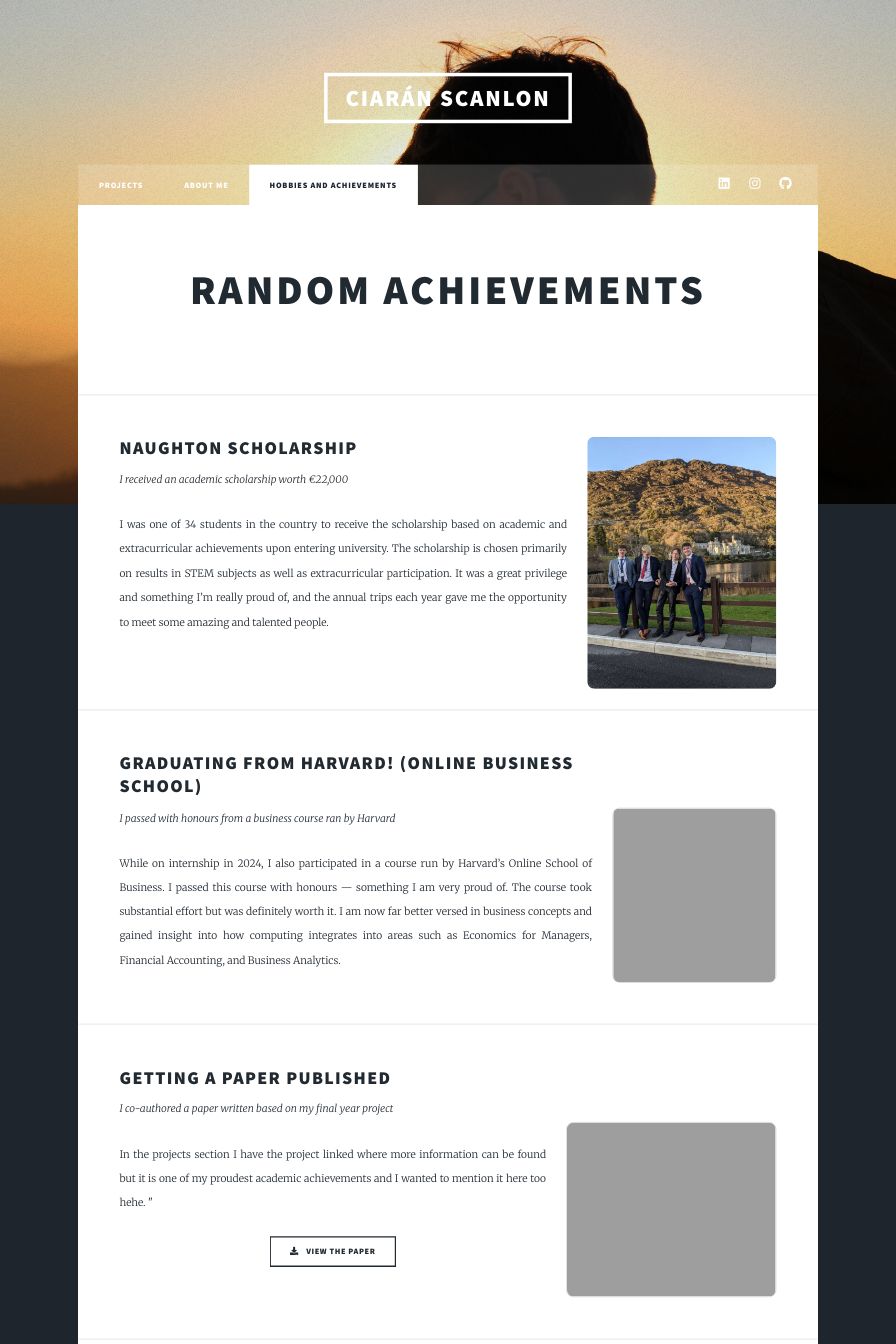
Repository: ciaranscan6/PersonalWebsite
Page: hobbies-and-ach.html
An editor plug-in stored every save of this project. The page is shown before and after the next save, followed by the edit.
The browser window is 1280 px wide. The pictures show the part of the page from y = 0 to 1920 px (the page is 4135 px tall before and 4264 px after), at 70% of full size.
Pictures or frames that could not be fetched are drawn as grey boxes.

Above is the page before, as saved 2025-11-22 05:16:14.

### hobbies-and-ach.html
<!DOCTYPE HTML>
<!--
	Massively by HTML5 UP
	html5up.net | @ajlkn
	Free for personal and commercial use under the CCA 3.0 license (html5up.net/license)
-->
<html>
	<head>
		<title>Elements Reference - Massively by HTML5 UP</title>
		<meta charset="utf-8" />
		<meta name="viewport" content="width=device-width, initial-scale=1, user-scalable=no" />
		<link rel="stylesheet" href="assets/css/main.css" />
		<noscript><link rel="stylesheet" href="assets/css/noscript.css" /></noscript>
	</head>
	<body class="is-preload">

		<!-- Wrapper -->
			<div id="wrapper">

				<!-- Header -->
					<header id="header">
						<a href="index.html" class="logo">Ciarán Scanlon</a>
					</header>

				<!-- Nav -->
					<nav id="nav">
						<ul class="links">
							<li><a href="index.html">Projects</a></li>
							<li><a href="about-me.html">About Me</a></li>
							<li class="active"><a href="hobbies-and-ach.html">Hobbies and Achievements</a></li>
						</ul>
						<ul class="icons">
							<li><a href="#" class="icon brands fa-linkedin"><span class="label">LinkedIn</span></a></li>
							<li><a href="#" class="icon brands fa-instagram"><span class="label">Instagram</span></a></li>
							<li><a href="#" class="icon brands fa-github"><span class="label">GitHub</span></a></li>
						</ul>
					</nav>

				<!-- Main -->
					<div id="main">

						<!-- Post -->
							<section class="post featured">
								<header class="major">
									<h1>Random Achievements</h1>
								</header>
							</section>

								<div class="split-section">
									<div class="text">
										<header>
											<h2>Naughton Scholarship</h2>
											<p>I received an academic scholarship worth €22,000</p>
										</header>
										<p>
											I was one of 34 students in the country to receive the scholarship based on academic
											and extracurricular achievements upon entering university. The scholarship is chosen
											primarily on results in STEM subjects as well as extracurricular participation. It was
											a great privilege and something I’m really proud of, and the annual trips each year
											gave me the opportunity to meet some amazing and talented people.
										</p>
									</div>

									<img src="images/Naughton.jpg" alt="Naughton Scholarship Photo">
								</div>

								<div class="split-section">
									<div class="text">
										<header>
											<h2>Graduating from Harvard! (Online Business School)</h2>
											<p>I passed with honours from a business course ran by Harvard</p>
										</header>
										<p>
											While on internship in 2024, I also participated in a course run by Harvard’s Online
											School of Business. I passed this course with honours — something I am very proud of.
											The course took substantial effort but was definitely worth it. I am now far better
											versed in business concepts and gained insight into how computing integrates into areas
											such as Economics for Managers, Financial Accounting, and Business Analytics.
										</p>
									</div>

									<div class="pdf-preview">
										<iframe src="files/Harvard_Certificate.pdf#toolbar=0&navpanes=0&scrollbar=0"></iframe>
									</div>
								</div>

								<div class="split-section">
									<div class="text">
										<header>
											<h2>Getting a paper published</h2>
											<p>I co-authored a paper written based on my final year project</p>
										</header>
										<p>
											In the projects section I have the project linked where more information can be found but it is one of my proudest academic achievements and I wanted to mention it here too hehe. "
										</p>

										<ul class="actions special">
											<li>
												<a href="files\Academic_Paper.pdf" target="_blank" class="button icon solid fa-download">
													View the Paper
												</a>
											</li>
										</ul>
									</div>

									<div class="pdf-preview">
										<iframe src="files/Academic_Paper.pdf#toolbar=0&navpanes=0&scrollbar=0"></iframe>
									</div>


								</div>

							<h2 class="centered">Active Hobbies</h2>
							<section class="posts">
									<article>
										<header>
											<h2><a href="#">Gaelic Football</a></h2>
										</header>

										<a href="#" class="image fit">
											<img id="hobby-rotator-gaelic" src="images/hobbies/gaelic1.png" alt="Gaelic football" />
										</a>

										<p>
											Gaelic football keeps me fit, sharp, and focused on teamwork. It teaches discipline and resilience I apply to real-world problem solving.
										</p>
									</article>


									<article>
										<header>
											<h2><a href="#">Hiking</a></h2>
										</header>

										<a href="#" class="image fit">
											<img id="hobby-rotator-hiking" src="images/hobbies/hiking1.jpg" alt="Hiking" />
										</a>

										<p>
											I love exploring nature and finding new trails. Hiking helps me reset mentally and return to challenges with a fresh perspective.
										</p>
									</article>



									<article>
										<header>
											<h2><a href="#">Surfing</a></h2>
										</header>

										<a href="#" class="image fit">
											<img id="hobby-rotator-surfing" src="images/hobbies/surf1.jpg" alt="Surfing" />
										</a>

										<p>
											Surfing challenges my balance, focus, and patience. It’s constant improvement — a lot like software development.
										</p>
									</article>



									<article>
										<header>
											<h2><a href="#">Snowboarding</a></h2>
										</header>

										<a href="#" class="image fit">
											<img id="hobby-rotator-snow" src="images/hobbies/snow1.jpg" alt="Snowboarding" />
										</a>

										<p>
											Snowboarding is fast, technical, and thrilling — perfect for pushing myself outside my comfort zone.
										</p>
									</article>



							</section>

					</div>

				<!-- Footer -->
					<footer id="footer">
						<section>
							<form method="post" action="#">
								<div class="fields">
									<div class="field">
										<label for="name">Name</label>
										<input type="text" name="name" id="name" />
									</div>
									<div class="field">
										<label for="email">Email</label>
										<input type="text" name="email" id="email" />
									</div>
									<div class="field">
										<label for="message">Message</label>
										<textarea name="message" id="message" rows="3"></textarea>
									</div>
								</div>
								<ul class="actions">
									<li><input type="submit" value="Send Message" /></li>
								</ul>
							</form>
						</section>
						<section class="split contact">
							<section class="alt">
								<h3>Address</h3>
								<p>1234 Somewhere Road #87257<br />
								Nashville, TN 00000-0000</p>
							</section>
							<section>
								<h3>Phone</h3>
								<p><a href="#">(000) 000-0000</a></p>
							</section>
							<section>
								<h3>Email</h3>
								<p><a href="#">info@untitled.tld</a></p>
							</section>
							<section>
								<h3>Social</h3>
								<ul class="icons alt">
									<li><a href="#" class="icon brands alt fa-twitter"><span class="label">Twitter</span></a></li>
									<li><a href="#" class="icon brands alt fa-facebook-f"><span class="label">Facebook</span></a></li>
									<li><a href="#" class="icon brands alt fa-instagram"><span class="label">Instagram</span></a></li>
									<li><a href="#" class="icon brands alt fa-github"><span class="label">GitHub</span></a></li>
								</ul>
							</section>
						</section>
					</footer>

				<!-- Copyright -->
					<div id="copyright">
						<ul><li>&copy; Untitled</li><li>Design: <a href="https://html5up.net">HTML5 UP</a></li></ul>
					</div>

			</div>

		<!-- Scripts -->
			<script src="assets/js/jquery.min.js"></script>
			<script src="assets/js/jquery.scrollex.min.js"></script>
			<script src="assets/js/jquery.scrolly.min.js"></script>
			<script src="assets/js/browser.min.js"></script>
			<script src="assets/js/breakpoints.min.js"></script>
			<script src="assets/js/util.js"></script>
			<script src="assets/js/main.js"></script>

	</body>
</html>

Loaded but not shown: assets/js/jquery.min.js (library); assets/js/jquery.scrollex.min.js (common file); assets/js/jquery.scrolly.min.js (common file); assets/js/browser.min.js (common file); assets/js/breakpoints.min.js (common file); assets/css/fontawesome-all.min.css (library); assets/js/util.js (587 lines, source omitted); assets/js/main.js (258 lines, source omitted); assets/css/main.css (4760 lines, source omitted)

After the next save:
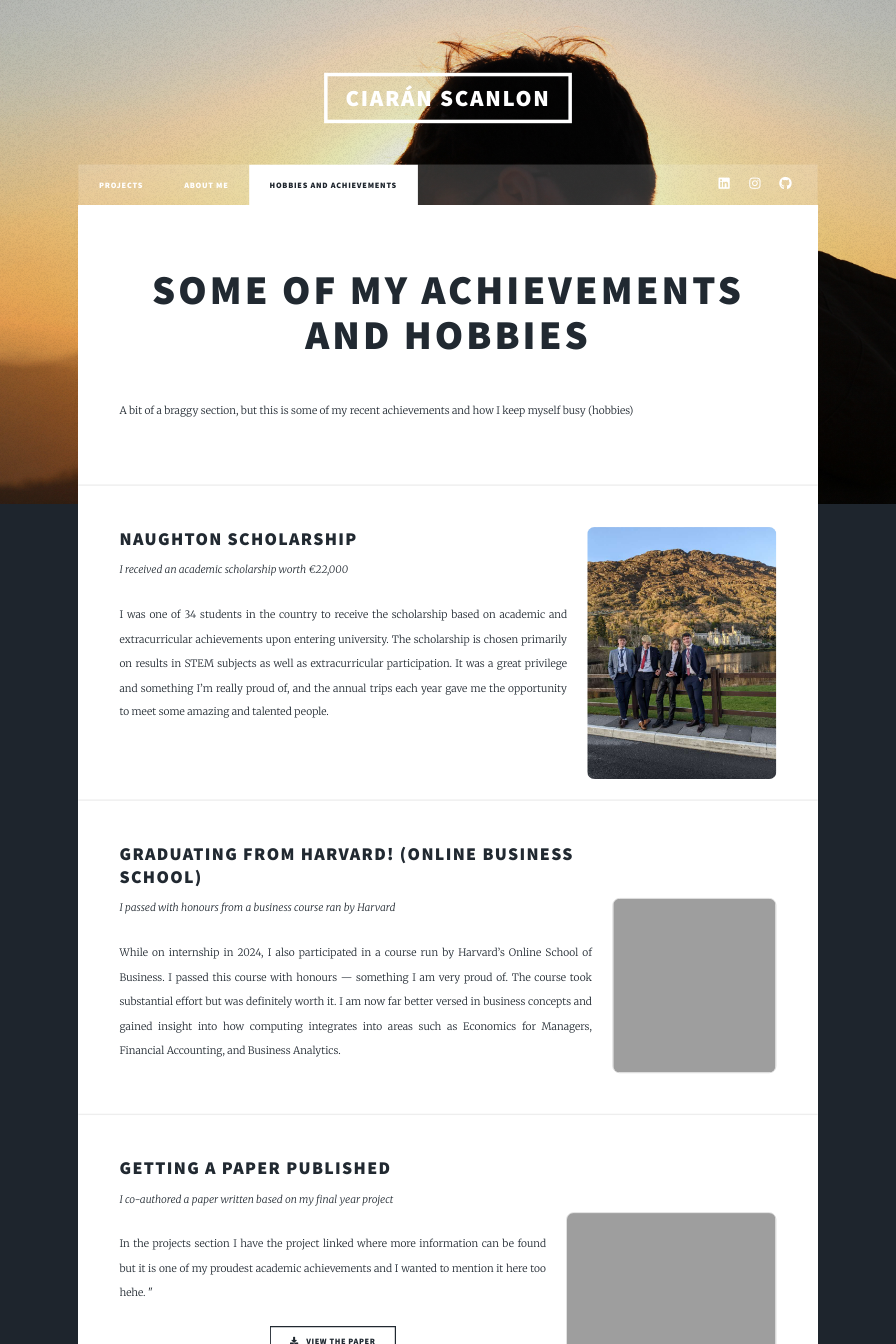
Saved 4 min 28 s later.
--- a/hobbies-and-ach.html
+++ b/hobbies-and-ach.html
@@ -42,8 +42,11 @@
 						<!-- Post -->
 							<section class="post featured">
 								<header class="major">
-									<h1>Random Achievements</h1>
+									<h1>Some of my Achievements and Hobbies</h1>
 								</header>
+								<p>
+									A bit of a braggy section, but this is some of my recent achievements and how I keep myself busy (hobbies)
+								</p>
 							</section>
 
 								<div class="split-section">
